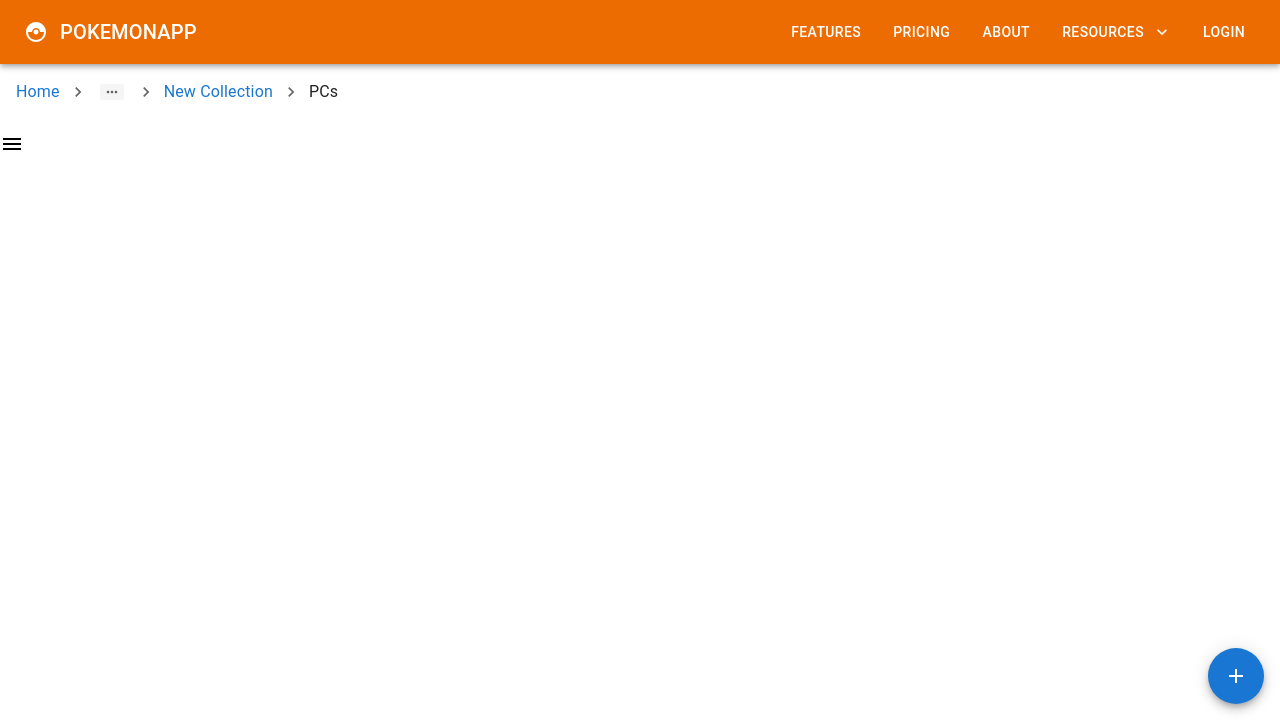
Repository: janidulnkg1/react-mui
Page: / (app in mui-demo/)
An editor plug-in stored every save of this project. The page is shown before and after a run of saves, followed by the edit.
The browser window is 1280 px wide. The pictures show the whole page.
The project was rebuilt for these pictures with package versions that can differ from the ones it lists, and the page was loaded fresh each time.

Above is the page before, as saved 2023-11-13 11:27:26.

### mui-demo/public/index.html
<!DOCTYPE html>
<html lang="en">
  <head>
    <meta charset="utf-8" />
    <link rel="icon" href="%PUBLIC_URL%/favicon.ico" />
    <meta name="viewport" content="width=device-width, initial-scale=1" />
    <meta name="theme-color" content="#000000" />
    <meta
      name="description"
      content="Web site created using create-react-app"
    />
    <link rel="apple-touch-icon" href="%PUBLIC_URL%/logo192.png" />
    <!--
      manifest.json provides metadata used when your web app is installed on a
      user's mobile device or desktop. See https://developers.google.com/web/fundamentals/web-app-manifest/
    -->
    <link rel="manifest" href="%PUBLIC_URL%/manifest.json" />
    <!--
      Notice the use of %PUBLIC_URL% in the tags above.
      It will be replaced with the URL of the `public` folder during the build.
      Only files inside the `public` folder can be referenced from the HTML.

      Unlike "/favicon.ico" or "favicon.ico", "%PUBLIC_URL%/favicon.ico" will
      work correctly both with client-side routing and a non-root public URL.
      Learn how to configure a non-root public URL by running `npm run build`.
    -->
    <title>react-mui-ts-demo</title>
  </head>
  <body>
    <noscript>You need to enable JavaScript to run this app.</noscript>
    <div id="root"></div>
    <!--
      This HTML file is a template.
      If you open it directly in the browser, you will see an empty page.

      You can add webfonts, meta tags, or analytics to this file.
      The build step will place the bundled scripts into the <body> tag.

      To begin the development, run `npm start` or `yarn start`.
      To create a production bundle, use `npm run build` or `yarn build`.
    -->
  </body>
</html>

### mui-demo/src/App.tsx
import './App.css';
//import { MuiTypography } from './components/MuiTypography';
//import { MuiButton } from './components/MuiButton';
//import {MuiTextField } from './components/MuiTextField'
//import {MuiSelect } from './components/MuiSelect'
//import { MuiRadioButton } from './components/MuiRadioButton';
//import { MuiCheckbox } from './components/MuiCheckbox';
//import { MuiSwitch } from './components/MuiSwitch';
//import { MuiRating } from './components/MuiRating';
//import { MuiAutocomplete } from './components/MuiAutocomplete';
//import { MuiLayout } from './components/MuiLayout';
//import { MuiCard } from './components/MuiCard';
//import { MuiAccordion } from './components/MuiAccordion';
//import { MuiImageList } from './components/MuiImageList';
import { MuiNavbar } from './components/MuiNavbar';
//import { MuiLink} from './components/MuiLink';
import { MuiBreadcrumbs } from './components/MuiBreadcrumbs';
import { MuiDrawer } from './components/MuiDrawer';
import { MuiSpeedDial } from './components/MuiSpeedDial';




function App() {
  return (
    <div className="App">

      {/*MuiTypography */}
      {/*MuiButton */}
      {/*MuiTextField */}
      {/*MuiSelect */}
      {/*MuiRadioButton */}
      {/*MuiCheckbox*/}
      {/*MuiSwitch */}
      {/*MuiRating */}
      {/*MuiAutocomplete */}
      {/*MuiLayout */}
      {/*MuiCard */}
      {/*MuiAccordion */}
      {/*MuiImageList */}
      <MuiNavbar />
      {/*MuiLink */}
      <MuiBreadcrumbs />
      <MuiDrawer />
      <MuiSpeedDial />

    </div>
  );
}

export default App;

### mui-demo/src/App.css
body{
  /* background-color: #eeeeee; */
}

.App {
  /* padding: 4rem; */
}

.App-logo {
  height: 40vmin;
  pointer-events: none;
}

@media (prefers-reduced-motion: no-preference) {
  .App-logo {
    animation: App-logo-spin infinite 20s linear;
  }
}

.App-header {
  background-color: #282c34;
  min-height: 100vh;
  display: flex;
  flex-direction: column;
  align-items: center;
  justify-content: center;
  font-size: calc(10px + 2vmin);
  color: white;
}

.App-link {
  color: #61dafb;
}

@keyframes App-logo-spin {
  from {
    transform: rotate(0deg);
  }
  to {
    transform: rotate(360deg);
  }
}

### mui-demo/src/components/MuiNavbar.tsx
import {
    AppBar,
    Toolbar,
    IconButton,
    Typography,
    Button,
    Stack,
    Menu,
    MenuItem
  } from '@mui/material'
  import CatchingPokemonIcon from '@mui/icons-material/CatchingPokemon'
  import KeyboardArrowDownIcon from '@mui/icons-material/KeyboardArrowDown'
  import { useState } from 'react'

  export const MuiNavbar = () => {
    const [anchorEl, setAnchorEl] = useState<null | HTMLElement>(null)
    const open = Boolean(anchorEl)
    const handleClick = (event: React.MouseEvent<HTMLButtonElement>) => {
      setAnchorEl(event.currentTarget)
    }
    const handleClose = () => {
      setAnchorEl(null)
    }
    return (
      <AppBar position='static' color='warning' >
        <Toolbar>
          <IconButton size='large' edge='start' color='inherit' aria-label='logo'>
            <CatchingPokemonIcon />
          </IconButton>
          <Typography variant='h6' component='div' sx={{ flexGrow: 1 }}>
            POKEMONAPP
          </Typography>
          <Stack direction='row' spacing={2}>
            <Button color='inherit'>Features</Button>
            <Button color='inherit'>Pricing</Button>
            <Button color='inherit'>About</Button>
            <Button
              color='inherit'
              id='resources-button'
              aria-controls={open ? 'resources-menu' : undefined}
              aria-haspopup='true'
              aria-expanded={open ? 'true' : undefined}
              endIcon={<KeyboardArrowDownIcon />}
              onClick={handleClick}>
              Resources
            </Button>
            <Button color='inherit'>Login</Button>
          </Stack>
          <Menu
            id='resources-menu'
            anchorEl={anchorEl}
            open={open}
            onClose={handleClose}
            anchorOrigin={{
              vertical: 'bottom',
              horizontal: 'right'
            }}
            transformOrigin={{
              vertical: 'top',
              horizontal: 'right'
            }}
            MenuListProps={{
              'aria-labelledby': 'resources-button'
            }}>
            <MenuItem onClick={handleClose}>Blog</MenuItem>
            <MenuItem onClick={handleClose}>Podcast</MenuItem>
          </Menu>
        </Toolbar>
      </AppBar>
    )
  }

### mui-demo/src/components/MuiBreadcrumbs.tsx
import { Box, Breadcrumbs, Link, Typography } from '@mui/material'
import NavigateNextIcon from '@mui/icons-material/NavigateNext'

export const MuiBreadcrumbs = () => {
  return (
    <Box m={2}>
      <Breadcrumbs
        separator={<NavigateNextIcon fontSize='small' />}
        maxItems={3}
        itemsAfterCollapse={2}
        aria-label='breadcrumb'>
        <Link underline='hover' href='#'>
          Home
        </Link>
        <Link underline='hover' href='#'>
          Catalog
        </Link>
        <Link underline='hover' href='#'>
          Accessories
        </Link>
        <Link underline='hover' href='#'>
          New Collection
        </Link>
        <Typography color='text.primary'>PCs</Typography>
      </Breadcrumbs>
    </Box>
  )
}

### mui-demo/src/components/MuiDrawer.tsx
import { Drawer, Box, Typography, IconButton } from '@mui/material'
import { useState } from 'react'
import MenuIcon from '@mui/icons-material/Menu'

export const MuiDrawer = () => {
  const [isDrawerOpen, setIsDrawerOpen] = useState(false)

  return (
    <>
      <IconButton
        onClick={() => setIsDrawerOpen(true)}
        size='large'
        edge='start'
        color='inherit'
        aria-label='logo'>
        <MenuIcon />
      </IconButton>
      <Drawer
        anchor='left'
        open={isDrawerOpen}
        onClose={() => setIsDrawerOpen(false)}>
        <Box p={2} width='250px' role='presentation' textAlign='center'>
          <Typography variant='h6' component='div'>
            Side Panel
          </Typography>
        </Box>
      </Drawer>
    </>
  )
}

### mui-demo/src/components/MuiSpeedDial.tsx
import { SpeedDial, SpeedDialAction, SpeedDialIcon } from '@mui/material'
import CopyIcon from '@mui/icons-material/FileCopyOutlined'
import PrintIcon from '@mui/icons-material/Print'
import ShareIcon from '@mui/icons-material/Share'
import EditIcon from '@mui/icons-material/Edit'

export const MuiSpeedDial = () => {
  return (
    <SpeedDial
      ariaLabel='Navigation speed dial'
      sx={{ position: 'absolute', bottom: 16, right: 16 }}
      icon={<SpeedDialIcon openIcon={<EditIcon />} />}>
      <SpeedDialAction icon={<CopyIcon />} tooltipTitle='Copy' tooltipOpen />
      <SpeedDialAction icon={<PrintIcon />} tooltipTitle='Print' tooltipOpen />
      <SpeedDialAction icon={<ShareIcon />} tooltipTitle='Share' tooltipOpen />
    </SpeedDial>
  )
}

### mui-demo/src/components/MuiBottomNavigation.tsx
import { BottomNavigation, BottomNavigationAction } from '@mui/material'
import HomeIcon from '@mui/icons-material/Home'
import FavoriteIcon from '@mui/icons-material/Favorite'
import PersonIcon from '@mui/icons-material/Person'
import { useState } from 'react'

export const MuiBottomNavigation = () => {
  const [value, setValue] = useState(0)
  return (
    <BottomNavigation
      sx={{ width: '100%', position: 'absolute', bottom: 0 }}
      showLabels
      value={value}
      onChange={(event, newValue) => {
        setValue(newValue)
      }}>
      <BottomNavigationAction label='Home' icon={<HomeIcon />} />
      <BottomNavigationAction label='Favorites' icon={<FavoriteIcon />} />
      <BottomNavigationAction label='Profile' icon={<PersonIcon />} />
    </BottomNavigation>
  )
}

Loaded but not shown: mui-demo/src/index.tsx (common file); mui-demo/src/index.css (common file); mui-demo/src/reportWebVitals.ts (common file)

After the next 7 saves:
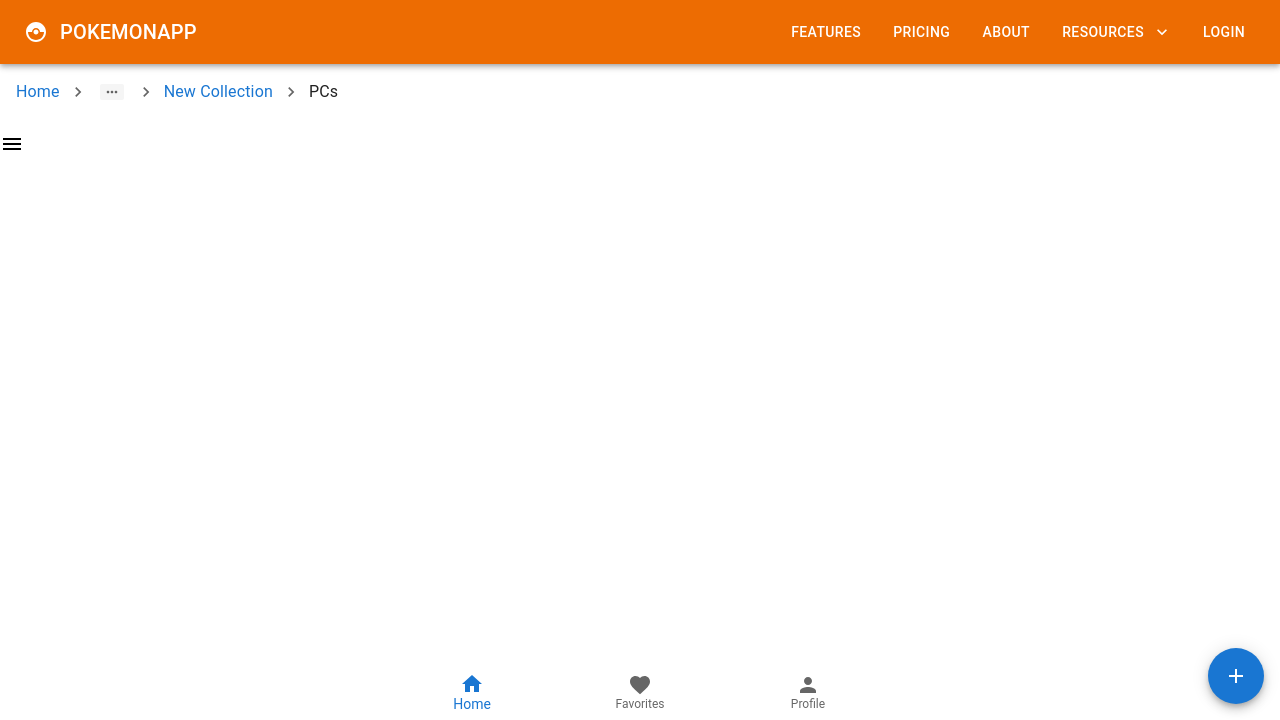
The 7 saves are shown as one change because 1 did not build or start and some came seconds apart.
The last was saved 22 s later.
--- a/mui-demo/src/App.tsx
+++ b/mui-demo/src/App.tsx
@@ -17,6 +17,7 @@ import { MuiNavbar } from './components/MuiNavbar';
 import { MuiBreadcrumbs } from './components/MuiBreadcrumbs';
 import { MuiDrawer } from './components/MuiDrawer';
 import { MuiSpeedDial } from './components/MuiSpeedDial';
+import { MuiBottomNavigation } from './components/MuiBottomNavigation';
 
 
 
@@ -43,7 +44,7 @@ function App() {
       <MuiBreadcrumbs />
       <MuiDrawer />
       <MuiSpeedDial />
-
+      <MuiBottomNavigation />
     </div>
   );
 }
